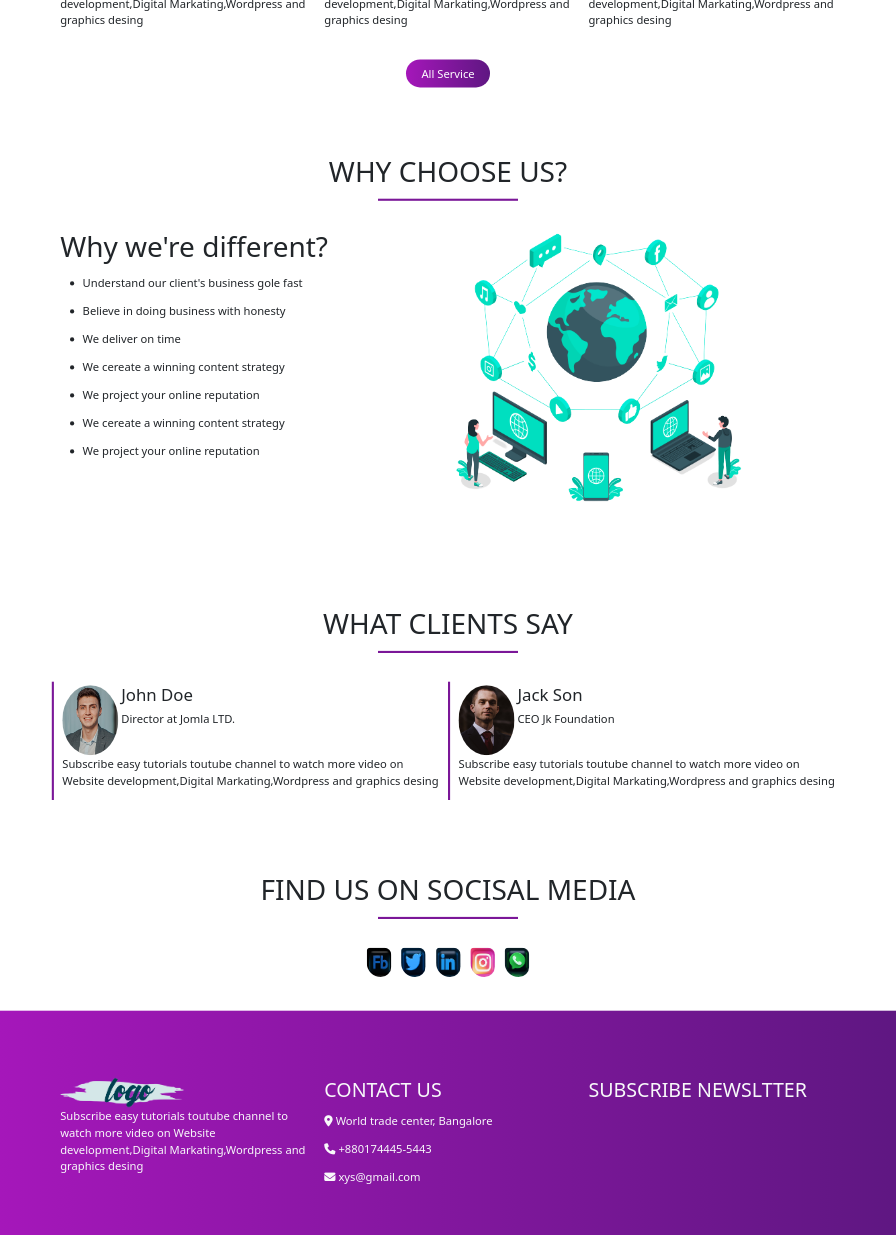
Repository: zjria/PSD-to-HTML-DIGITAL-AGENCY
Page: index.html
These files come from the project's save history. The page is drawn as it stood at one moment and after the next save; the edit follows.
The browser window is 1280 px wide. The pictures show the part of the page from y = 887 to 2807 px (the page is 2652 px tall before and 2807 px after), at 70% of full size.
Some web libraries are served in a nearby version.

Above is the page before, as saved 2022-05-11 23:14:41.

### index.html
<!doctype html>
<html lang="en">
  <head>
    <!-- Required meta tags -->
    <meta charset="utf-8">
    <meta name="viewport" content="width=device-width, initial-scale=1">
    <title>DIGITAL AGENCY</title>
    <!-- Bootstrap CSS -->
    <link href="https://cdn.jsdelivr.net/npm/bootstrap@5.0.2/dist/css/bootstrap.min.css" rel="stylesheet">
    <!-- Font awesome link-->
    <link rel="stylesheet" href="https://cdnjs.cloudflare.com/ajax/libs/font-awesome/6.1.1/css/all.min.css">
    <!-- custom CSS  -->
    <link rel="stylesheet" href="css/style.css">
  </head>
  <body>
    <!-- Navbar Section Start -->
    <section class="header">
        <nav class="navbar navbar-expand-md fixed-top">
            <div class="container">
                <a href="#" class="navbar-brand">
                    <img src="img/h_logo.png" alt="" class="menu-icon img-fluid w-50">
                </a>
                <button class="navbar-toggler" data-bs-target="#menunavbarlink" data-bs-toggle="collapse" type="button">
                    <span class="navbar-toggler-icon"></span>
                </button>
                <div class="collapse navbar-collapse fw-bold " id="menunavbarlink">
                  <ul class="navbar-nav ms-auto ">
                    <li class="nav-item ">
                      <a href="#Home" class="nav-link text-white">Home</a>
                    </li>
                    <li class="nav-item">
                      <a href="#Services" class="nav-link text-white">Services</a>
                    </li>
                    <li class="nav-item">
                      <a href="#About" class="nav-link text-white">About</a>
                    </li>
                    <li class="nav-item">
                      <a href="#Testimonials" class="nav-link text-white" >Testimonials</a>
                    </li>
                    <li class="nav-item">
                      <a href="#Contact" class="nav-link text-white">Contact</a>
                    </li>
                  </ul>
                </div>
            </div>
        </nav>
    </section>
    <!-- Navbar Section END -->
    <!-- Navbar Section Start -->
    <section class="" id="baner" id="Home">
      <div class="container p-3 py-5">
        <div class="row align-items-center text-white mt-5">
          <div class="col-md-6">
            <h1>BEST DIGITAL AGENCY</h1>
            <p class="lead">Subscribe easy tutorials toutube channel to watch more video on Website development,Digital Markating,Wordpress and graphics desing</p>
            <a href="#"><img src="img/play.png" class="img-fluid me-2 " alt=""><span>Watch tutorials</span></a>
          </div>
          <div class="col-md-6 m-auto">
            <img src="img/heder_logo.png" class="img-fluid w-75" alt="">
          </div>
        </div>
      </div>
      <img src="img/wave1.png" alt="" class="img-wave1 img-fluid">
    </section>
    <!-- Navbar Section END -->

    <!-- Service Section Start -->
      <section class="service-section">
        <div class="container p-3 py-5">
          <div class="row">
            <h1 class="title">WHAT WE DO?</h1>
          </div>
          <div class="row mt-5">
            <div class="col-12 col-md-4 mb-2">
              <img src="img/service1.png" alt="" class="img-fluid w-25">
              <h3 class="mb-3">Growth Marketing</h3>
              <p>
                Subscribe easy tutorials toutube channel to watch more video on Website development,Digital Markating,Wordpress and graphics desing</p>
            </div>
            <div class="col-12 col-md-4 mb-2">
              <img src="img/service2.png" alt="" class="img-fluid w-25">
              <h3 class="mb-3">Online branding</h3>
              <p>
                Subscribe easy tutorials toutube channel to watch more video on Website development,Digital Markating,Wordpress and graphics desing</p>
            </div>
            <div class="col-12 col-md-4 mb-2">
              <img src="img/service3.png" alt="" class="img-fluid w-25">
              <h3 class="mb-3">Animated Ads</h3>
              <p>
                Subscribe easy tutorials toutube channel to watch more video on Website development,Digital Markating,Wordpress and graphics desing</p>
            </div>
          </div>
          <div class="row">
            <div class="com-12 text-center">
              <button type="button" class="services-button btn">All Service</button>
            </div>
          </div>
        </div>
      </section>
    <!-- Service Section End -->

    <!-- About Section Start -->
    <section class="about-section">
      <div class="container p-3 py-5">
        <div class="row">
          <h1 class="title">WHY CHOOSE US?</h1>
        </div>
        <div class="row my-5">
          <div class="col-md-6">
            <h1>Why we're different?</h1>
            <ul>
              <li class="py-2">Understand our client's business gole fast</li>
              <li class="py-2">Believe in doing business with honesty</li>
              <li class="py-2">We deliver on time</li>
              <li class="py-2">We cereate a winning content strategy</li>
              <li class="py-2">We project your online reputation</li>
              <li class="py-2">We cereate a winning content strategy</li>
              <li class="py-2">We project your online reputation</li>
            </ul>
          </div>
          <div class="col-md-6">
            <img src="img/networker.png" alt="" class="img-fluid w-75">
          </div>
        </div>
      </div>
    </section>

    <!-- About Section End -->

    <!-- Testimonial Start -->
    <section class="Testimonial-section">
      <div class="container p-3 py-5">
        <div class="row">
          <h1 class="title">WHAT CLIENTS SAY</h1>
        </div>
        <div class="row mt-5 man-img">
          <div class="col-12 col-md-6 mb-2 cline-div-style">
            <img src="img/man-1.png" alt="" class="img-fluid">
            <span class="d-inline-block mt-1">
              <h4>John Doe</h4>
              <p>Director at Jomla LTD.</p>
            </span>
            <p>
              Subscribe easy tutorials toutube channel to watch more video on Website development,Digital Markating,Wordpress and graphics desing</p>
          </div>
          <div class="col-12 col-md-6 mb-2 cline-div-style">
            <img src="img/man-2.png" alt="" class="img-fluid">
            <span class="d-inline-block mt-1">
              <h4>Jack Son</h4>
              <p>CEO Jk Foundation</p>
            </span>
            <p>
              Subscribe easy tutorials toutube channel to watch more video on Website development,Digital Markating,Wordpress and graphics desing</p>
          </div>
        </div>
      </div>
    </section>
    <!-- Testimonial End -->

    <!-- Social Section Start -->
    <section class="Social-section">
      <div class="container p-3 py-5">
        <div class="row">
          <h1 class="title">FIND US ON SOCISAL MEDIA</h1>
        </div>
        <div class="row pt-5 text-center">
          <div class="col-12">
            <a href="#"><img src="img/F.png" alt="" class="img-fluid"></a>
            <a href="#"><img src="img/T.png" alt="" class="img-fluid"></a>
            <a href="#"><img src="img/L.png" alt="" class="img-fluid"></a>
            <a href="#"><img src="img/I.png" alt="" class="img-fluid"></a>
            <a href="#"><img src="img/M.png" alt="" class="img-fluid"></a>
          </div>
        </div>
      </div>
    </section>
    <!-- Social Section End -->
    <!-- Footer Section Start -->
    <section class="Footer-section" id="Footer">
      <div class="container p-3 py-5 text-light">
        <div class="row mt-5">
          <div class="col-12 col-md-4 mb-2">
            <img src="img/h_logo.png" alt="" class="img-fluid w-50">
            <p>
              Subscribe easy tutorials toutube channel to watch more video on Website development,Digital Markating,Wordpress and graphics desing</p>
          </div>
          <div class="col-12 col-md-4 mb-2">
            <h3 class="mb-3">CONTACT US</h3>
            <p><i class="fa-solid fa-location-dot"></i> World trade center, Bangalore</p>
            <p><i class="fa-solid fa-phone"></i> +880174445-5443</p>
            <p><i class="fa-solid fa-envelope"></i> xys@gmail.com</p>
          </div>
          <div class="col-12 col-md-4 mb-2">
            <h3 class="mb-3">SUBSCRIBE NEWSLTTER</h3>

          </div>
        </div>

      </div>
    </section>
    <!-- Footer Section End -->


    <!-- Optional JavaScript; choose one of the two! -->
    <!-- Option 1: Bootstrap Bundle with Popper -->
    <script src="https://cdn.jsdelivr.net/npm/bootstrap@5.0.2/dist/js/bootstrap.bundle.min.js"></script>
  </body>
</html>

### css/style.css
.navbar{
    background-image: linear-gradient(to right, #a517ba,#5f1782)!important;
}
#baner{
    background-image: linear-gradient(to right, #a517ba,#5f1782)!important;
    align-items: center;
    margin: auto;
    justify-content: center;
}
#baner a img{
    width: 50px;
    align-items: center;
    margin: auto;
    justify-content: center;

}
#baner a{
    text-decoration: none;
    color: white;
}
.img-wave1{
    width: 100%;
}

/* Service Section */
.title{
    text-align: center;
}
.title::after{
    content: "";
    display: block;
    background: #7B1798;
    height: 3px;
    width: 200px;
    margin: auto;
    transform: translateY(15px);
}

.services-button {
    background-image: linear-gradient(to right, #a517ba,#5f1782);
    color: white;
    border: none;
    width: 120px;
    height: 40px;
    margin: auto;
    border-radius: 20px;
    margin-top: 20px;
}
/* Testimonial-section Section Start  */
.Testimonial-section .man-img img{
    width: 80px;
    border-radius: 50%;
}
/* Cline-section Section Start  */
.cline-div-style{
    border-left: 3px solid #7B1798;
}
/* Social-section */
.Social-section a{
    margin: 5px;

}
.Social-section img{
    width: 35px;
    border-radius: 10px 20px 30px 40px;
    transition: 0.5s;
}
.Social-section img:hover{
    transform: translateY(-15px);
}

/* Footer Section */
#Footer{
    background-image: linear-gradient(to right, #a517ba,#5f1782)!important;
}
#Footer{
    background-image: linear-gradient(to right, #a517ba,#5f1782)!important;
    align-items: center;
    margin: auto;
    justify-content: center;
}

After the next save:
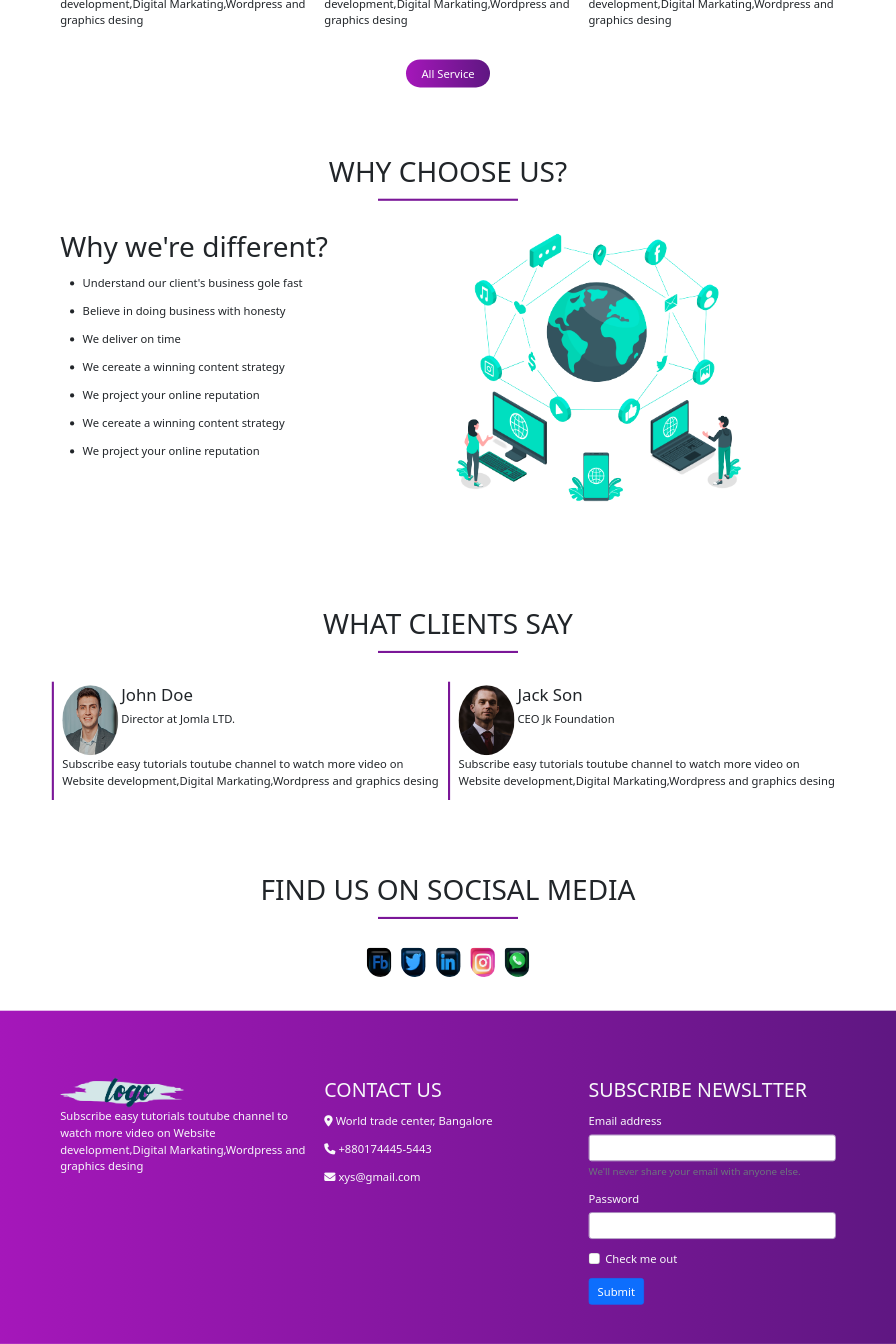
Saved 2 min 58 s later.
--- a/index.html
+++ b/index.html
@@ -193,6 +193,22 @@
           <div class="col-12 col-md-4 mb-2">
             <h3 class="mb-3">SUBSCRIBE NEWSLTTER</h3>
 
+            <form>
+              <div class="mb-3">
+                <label for="exampleInputEmail1" class="form-label">Email address</label>
+                <input type="email" class="form-control" id="exampleInputEmail1" aria-describedby="emailHelp">
+                <div id="emailHelp" class="form-text">We'll never share your email with anyone else.</div>
+              </div>
+              <div class="mb-3">
+                <label for="exampleInputPassword1" class="form-label">Password</label>
+                <input type="password" class="form-control" id="exampleInputPassword1">
+              </div>
+              <div class="mb-3 form-check">
+                <input type="checkbox" class="form-check-input" id="exampleCheck1">
+                <label class="form-check-label" for="exampleCheck1">Check me out</label>
+              </div>
+              <button type="submit" class="btn btn-primary">Submit</button>
+            </form>
           </div>
         </div>
 
